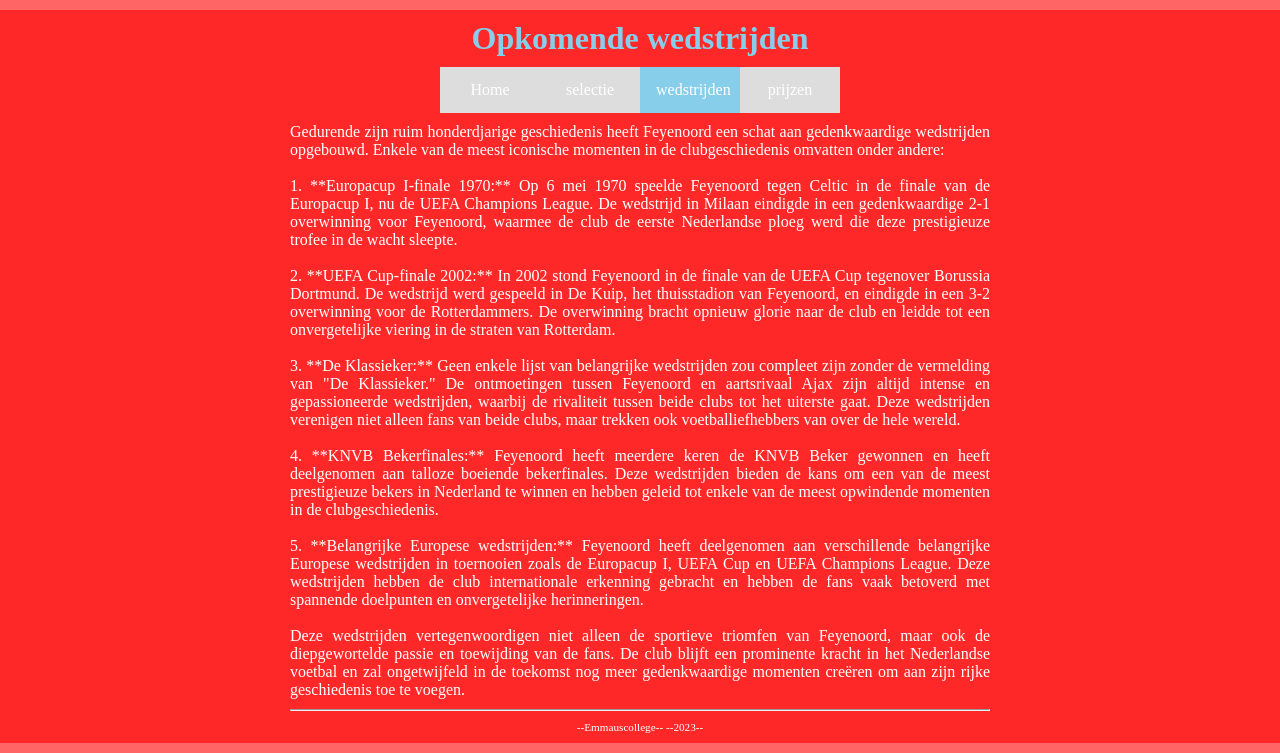
Repository: Manoize/ManoIze
Page: info.html
The author's editor kept a copy of each file at every save. The page is drawn from the files as they stood at one save, then again after the next save.
The browser window is 1280 px wide. The pictures show the whole page.

Above is the page before, as saved 2023-10-24 10:21:34.

After the next save:
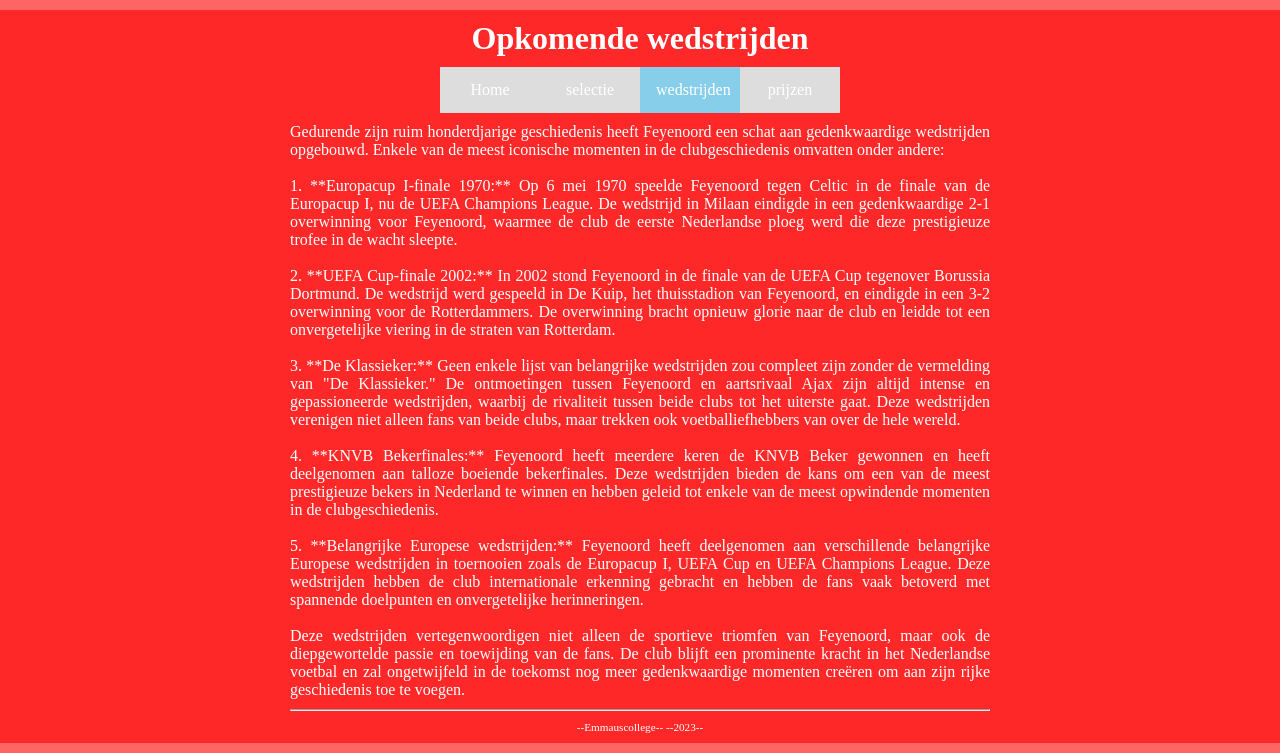
Saved 27 s later.
--- a/style.css
+++ b/style.css
@@ -81,7 +81,7 @@
 /* Opmaak voor alle pagina's */
 
 h1, h2, h3 {
-      color: skyblue;
+      color: rgb(255, 255, 255);
 }
 
 .smalltext {
@@ -90,7 +90,7 @@
 }
 
 a {
-    color: skyblue;
+    color: rgb(255, 255, 255);
     text-decoration: none;
 }
 
